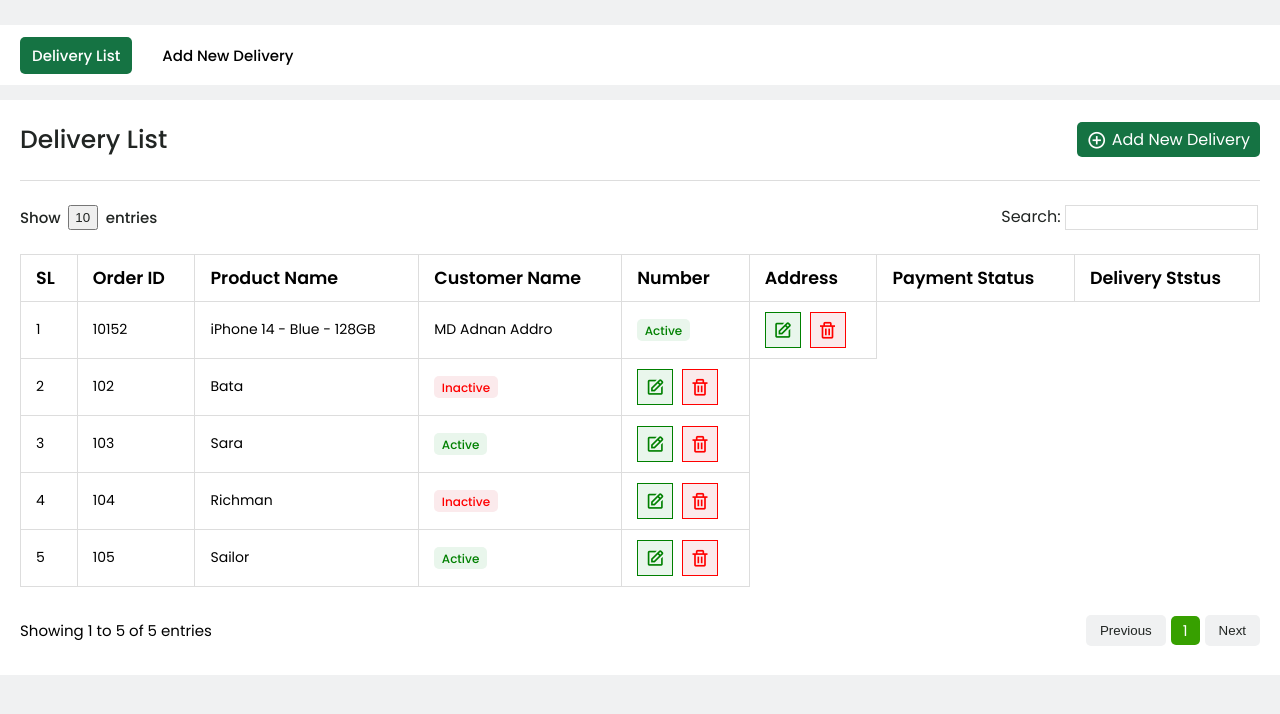
Repository: codebyaddro/delivery-page
Page: delivery.html
An editor plug-in stored every save of this project. The page is shown before and after a run of saves, followed by the edit.
The browser window is 1280 px wide. The pictures show the whole page.

Above is the page before, as saved 2025-02-27 13:55:17.

After the next 2 saves:
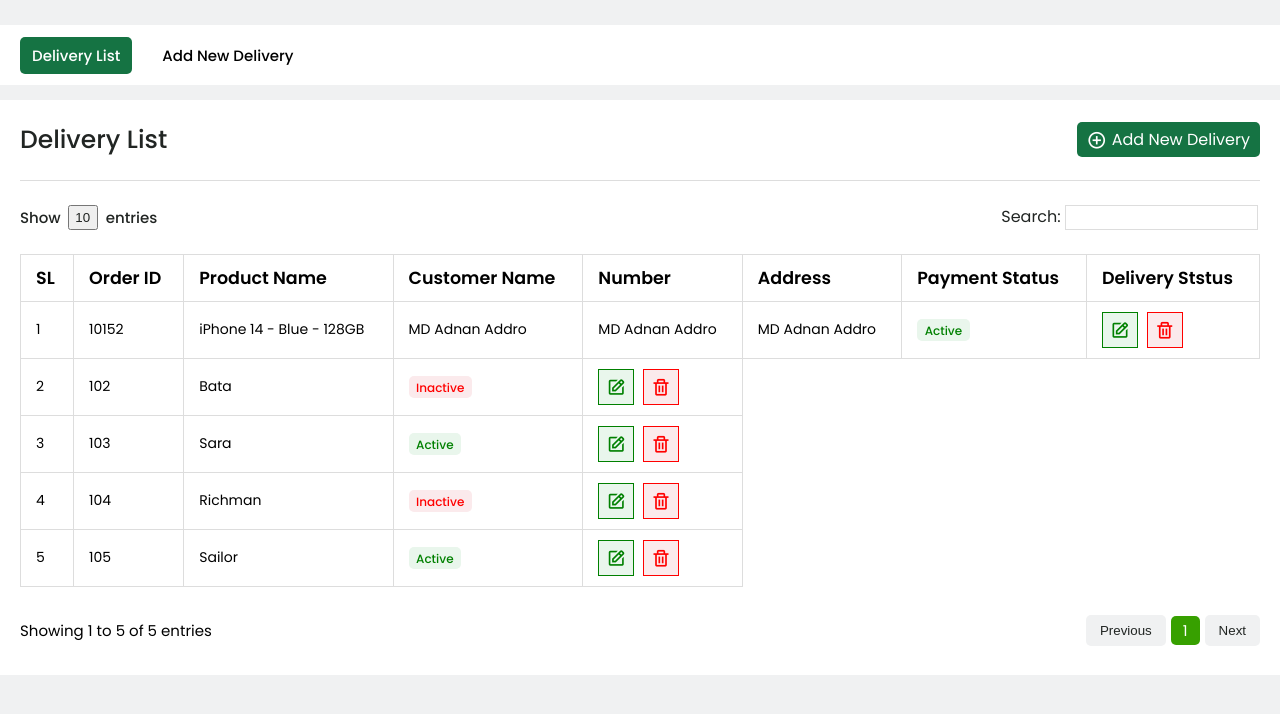
The 2 saves are shown as one change because they came seconds apart.
The last was saved 10 s later.
--- a/delivery.html
+++ b/delivery.html
@@ -59,6 +59,8 @@
                             <td>1</td>
                             <td>10152</td>
                             <td>iPhone 14 - Blue - 128GB</td>
+                            <td>MD Adnan Addro</td>
+                            <td>MD Adnan Addro</td>
                             <td>MD Adnan Addro</td>
                             <td><span class="active">Active</span></td>
                             <td>
